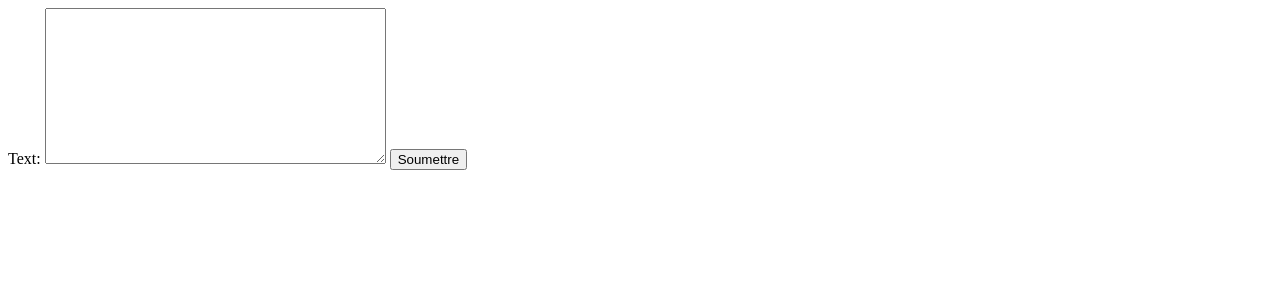
Repository: Dispasim/API2
Page: http://localhost/
These files come from the project's save history. The page is drawn as it stood at one moment and after the next save; the edit follows.
The browser window is 1280 px wide. The pictures show the whole page.
The page is served by the project's application, run on Django 4.2 (manage.py).

Above is the page before, as saved 2023-11-15 02:25:23.

After the next save:
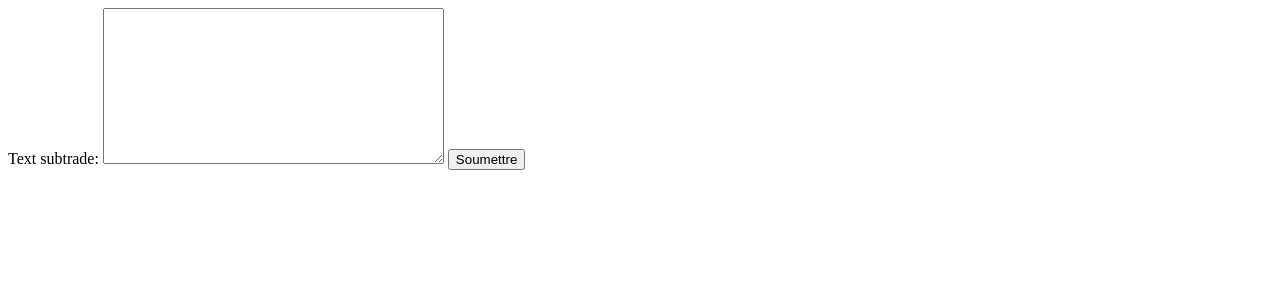
Saved 2 min 28 s later.
--- a/projet/forms.py
+++ b/projet/forms.py
@@ -2,4 +2,4 @@ from django import forms
 
 
 class CreateSubtradeForm(forms.Form):
-    text_subtrade = forms.CharField(label = "Text", max_length=100,widget=forms.Textarea(attrs={'class': 'boites-container'}))
+    text_subtrade = forms.CharField(max_length=100,widget=forms.Textarea(attrs={'class': 'boites-container'}))
